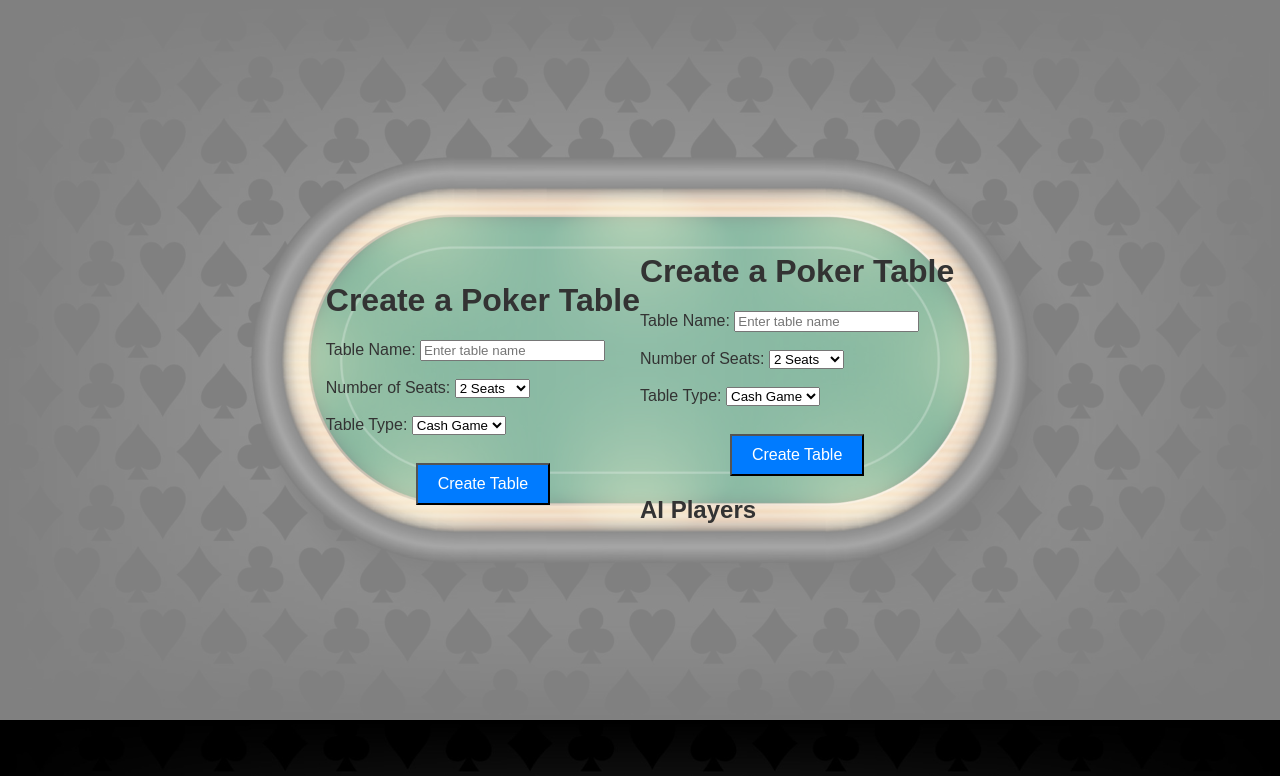
Repository: KidBillionaire/newapp
Page: public/create-table.html
These files come from the project's save history. The page is drawn as it stood at one moment and after the next save; the edit follows.
The browser window is 1280 px wide. The pictures show the whole page.
Backgrounds fixed to the window are drawn as part of the page.

Above is the page before, as saved 2024-10-10 16:21:24.

After the next save:
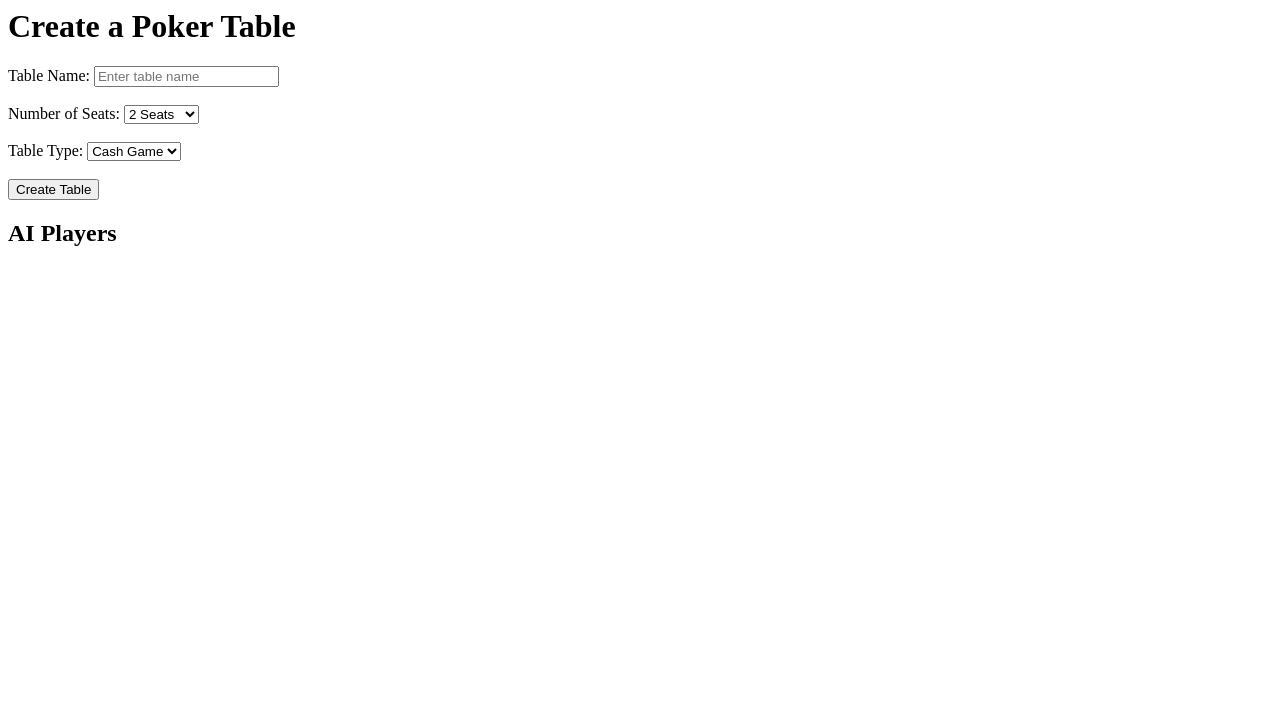
Saved 22 s later.
--- a/public/create-table.html
+++ b/public/create-table.html
@@ -1,41 +1,4 @@
-<!DOCTYPE html>
-<html lang="en">
-<head>
-  <meta charset="UTF-8">
-  <meta name="viewport" content="width=device-width, initial-scale=1.0">
-  <title>Create a Poker Table</title>
-  <link rel="stylesheet" href="styles.css"> <!-- Link to your styles -->
-  <script defer src="/js/createTable.js"></script> <!-- Link to frontend JS for this page -->
-</head>
-<body class="create-table-page"> <!-- Add the class here to apply the background -->
-  <div>
-    <h1>Create a Poker Table</h1>
-    <!-- Form to Create a New Poker Table -->
-    <form id="createTableForm">
-      <label for="tableName">Table Name:</label>
-      <input type="text" id="tableName" placeholder="Enter table name" required>
-      <br><br>
-
-      <label for="numSeats">Number of Seats:</label>
-      <select id="numSeats">
-        <option value="2">2 Seats</option>
-        <option value="6">6 Seats</option>
-        <option value="10">10 Seats</option>
-      </select>
-      <br><br>
-
-      <label for="tableType">Table Type:</label>
-      <select id="tableType">
-        <option value="cash">Cash Game</option>
-        <option value="tournament">Tournament</option>
-      </select>
-      <br><br>
-
-      <button type="submit">Create Table</button>
-    </form>
-  </div>
-
-  <body class="create-table-page">
+<body class="create-table-page">
     <div>
       <h1>Create a Poker Table</h1>
       <!-- Form to Create a New Poker Table -->
@@ -69,7 +32,3 @@
       </div>
     </div>
   </body>
-
-
-</body>
-</html>

After the save that followed:
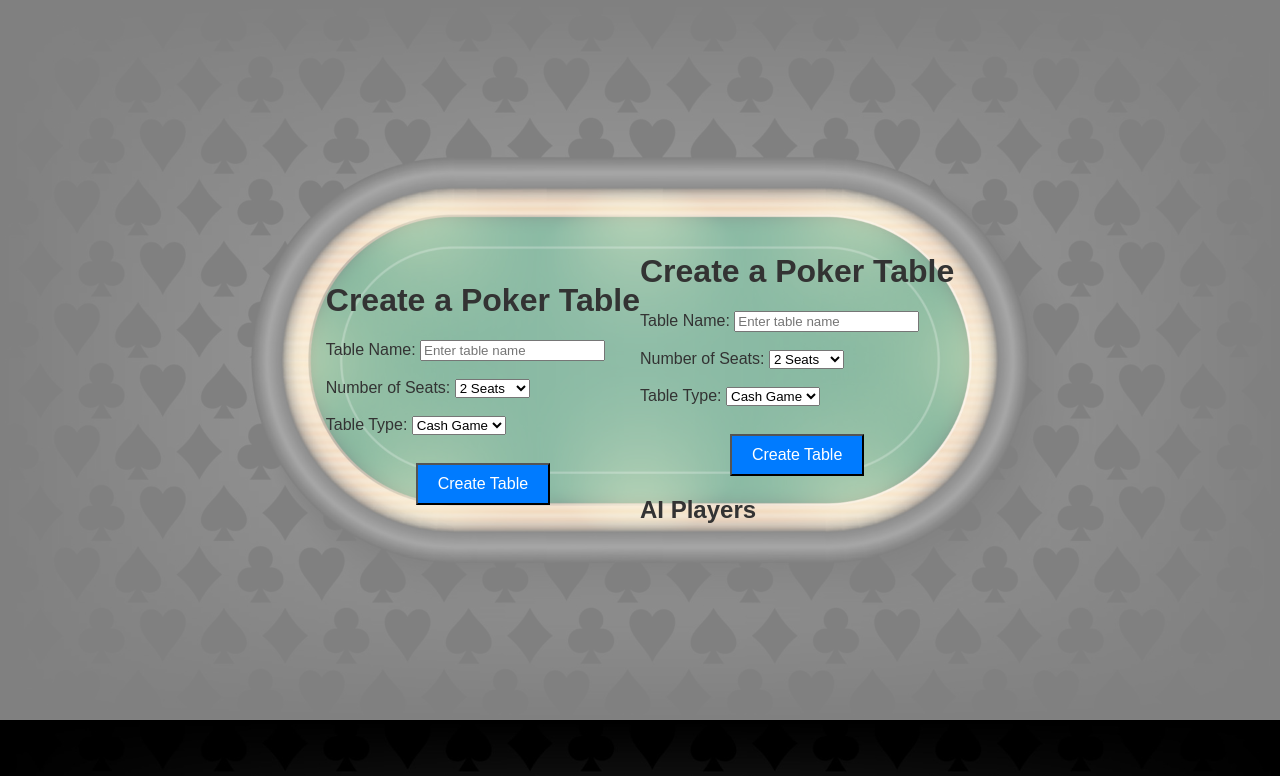
Saved 7 s later.
--- a/public/create-table.html
+++ b/public/create-table.html
@@ -1,34 +1,76 @@
+<!DOCTYPE html>
+<html lang="en">
+<head>
+  <meta charset="UTF-8">
+  <meta name="viewport" content="width=device-width, initial-scale=1.0">
+  <title>Create a Poker Table</title>
+  <link rel="stylesheet" href="styles.css"> <!-- Link to your styles -->
+  <script defer src="/js/createTable.js"></script> <!-- Link to frontend JS for this page -->
+</head>
+<body class="create-table-page"> <!-- Add the class here to apply the background -->
+  <div>
+    <h1>Create a Poker Table</h1>
+    <!-- Form to Create a New Poker Table -->
+    <form id="createTableForm">
+      <label for="tableName">Table Name:</label>
+      <input type="text" id="tableName" placeholder="Enter table name" required>
+      <br><br>
+
+      <label for="numSeats">Number of Seats:</label>
+      <select id="numSeats">
+        <option value="2">2 Seats</option>
+        <option value="6">6 Seats</option>
+        <option value="10">10 Seats</option>
+      </select>
+      <br><br>
+
+      <label for="tableType">Table Type:</label>
+      <select id="tableType">
+        <option value="cash">Cash Game</option>
+        <option value="tournament">Tournament</option>
+      </select>
+      <br><br>
+
+      <button type="submit">Create Table</button>
+    </form>
+  </div>
+
+
+</body>
+</html>
+
+
 <body class="create-table-page">
-    <div>
-      <h1>Create a Poker Table</h1>
-      <!-- Form to Create a New Poker Table -->
-      <form id="createTableForm">
-        <label for="tableName">Table Name:</label>
-        <input type="text" id="tableName" placeholder="Enter table name" required>
-        <br><br>
+  <div>
+    <h1>Create a Poker Table</h1>
+    <!-- Form to Create a New Poker Table -->
+    <form id="createTableForm">
+      <label for="tableName">Table Name:</label>
+      <input type="text" id="tableName" placeholder="Enter table name" required>
+      <br><br>
 
-        <label for="numSeats">Number of Seats:</label>
-        <select id="numSeats">
-          <option value="2">2 Seats</option>
-          <option value="6">6 Seats</option>
-          <option value="10">10 Seats</option>
-        </select>
-        <br><br>
+      <label for="numSeats">Number of Seats:</label>
+      <select id="numSeats">
+        <option value="2">2 Seats</option>
+        <option value="6">6 Seats</option>
+        <option value="10">10 Seats</option>
+      </select>
+      <br><br>
 
-        <label for="tableType">Table Type:</label>
-        <select id="tableType">
-          <option value="cash">Cash Game</option>
-          <option value="tournament">Tournament</option>
-        </select>
-        <br><br>
+      <label for="tableType">Table Type:</label>
+      <select id="tableType">
+        <option value="cash">Cash Game</option>
+        <option value="tournament">Tournament</option>
+      </select>
+      <br><br>
 
-        <button type="submit">Create Table</button>
-      </form>
+      <button type="submit">Create Table</button>
+    </form>
 
-      <!-- AI Players Section -->
-      <div id="aiPlayersSection" style="margin-top: 20px;">
-        <h2>AI Players</h2>
-        <ul id="aiPlayersList"></ul> <!-- Dynamic AI Player List -->
-      </div>
+    <!-- AI Players Section -->
+    <div id="aiPlayersSection" style="margin-top: 20px;">
+      <h2>AI Players</h2>
+      <ul id="aiPlayersList"></ul> <!-- Dynamic AI Player List -->
     </div>
-  </body>
+  </div>
+</body>
